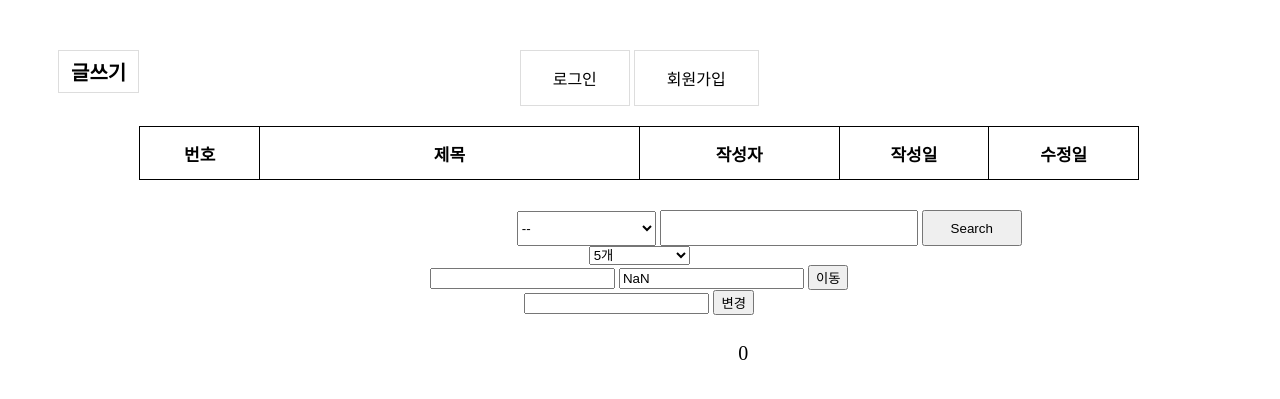
Repository: Shim-YoungDo/gaea-study
Page: http://localhost/study/WEB-INF/views/board/list.jsp
An editor plug-in stored every save of this project. The page is shown before and after the next save, followed by the edit.
The browser window is 1280 px wide. The pictures show the whole page.
The page is served by Tomcat 9. Nobody is signed in. The template is opened directly, without the code that normally fills it, so the values that code supplies are empty.

Above is the page before, as saved 2021-12-13 06:27:03.

After the next save:
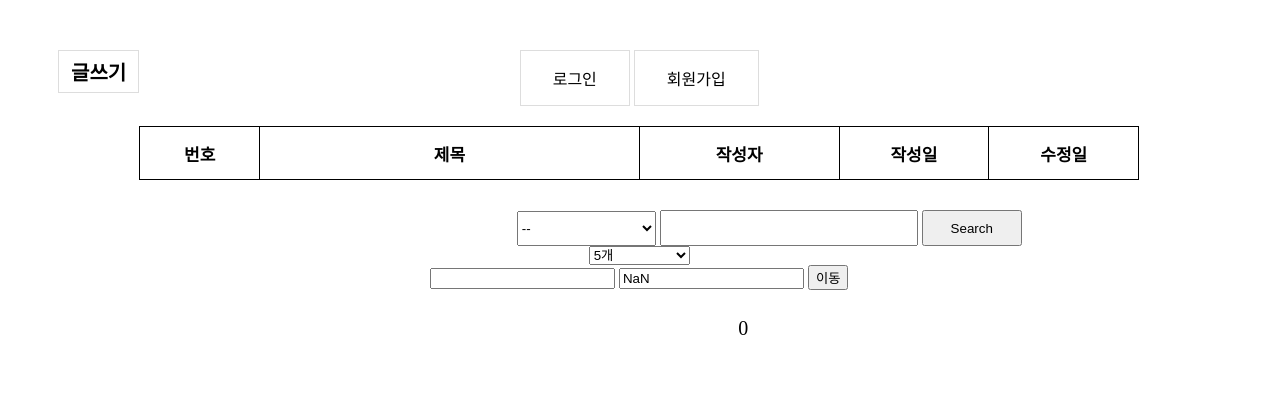
Saved 15 s later.
--- a/study/src/main/webapp/WEB-INF/views/board/list.jsp
+++ b/study/src/main/webapp/WEB-INF/views/board/list.jsp
@@ -104,12 +104,15 @@
 			</div>
 		</div>
 
+
+		<!--
 		<div class="page_count_wrap">
 			<div class="page_count_area">
 				<input type = "text" pattern="\d" name="pageCount"<c:out value="${pageMake.pageCount}"/>>
 				<button>변경</button>
 			</div>
 		</div>
+		-->
 
 
 
